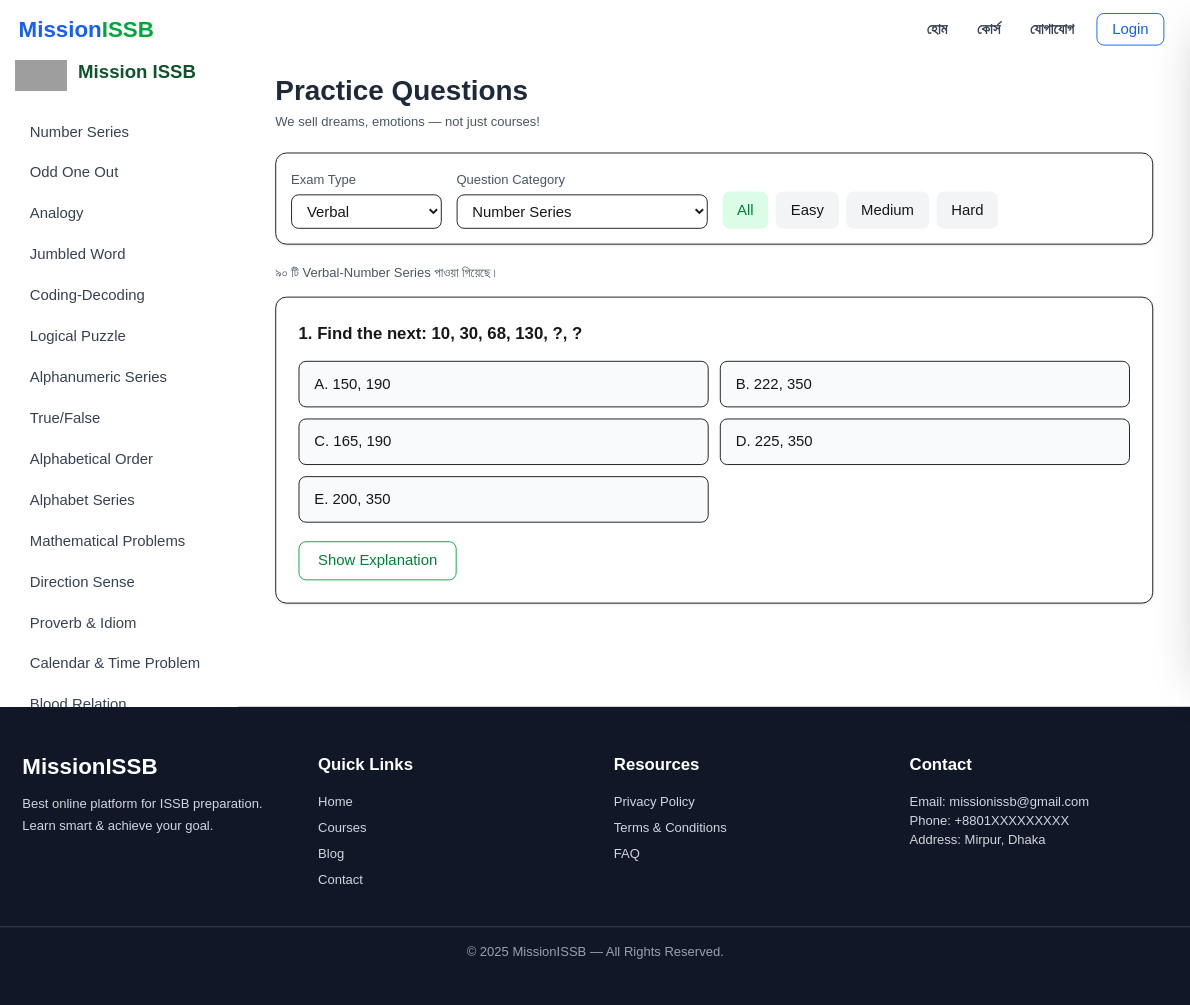
Repository: mdmuhibullahhabib/missionissb
Page: /issb/iq-practice
These files come from the project's save history. The page is drawn as it stood at one moment and after the next save; the edit follows.
The browser window is 1280 px wide. The pictures show the whole page, at 93% of full size.
Pictures or frames that could not be fetched are drawn as grey boxes. The page's requests for data from a server got no answer. The project was rebuilt for these pictures with package versions that can differ from the ones it lists, and the page was loaded fresh each time. The framework's server and built-in components were replaced by stand-ins that run in the browser. No one was signed in, and anything a server would have sent is missing. Also part of the build but not shown: next.config.mjs.

Above is the page before, as saved 2025-12-11 23:46:11.

### app/layout.js
import { Geist, Geist_Mono } from 'next/font/google'
import './globals.css'
import Footer from '@/components/shared/Footer'
import Navbar from '@/components/shared/Navbar'
import NextAuthProvider from './providers/NextAuthProvider'
import LayoutWrapper from '@/components/LayoutWrapper'

const geistSans = Geist({
  variable: '--font-geist-sans',
  subsets: ['latin']
})

const geistMono = Geist_Mono({
  variable: '--font-geist-mono',
  subsets: ['latin']
})

export const metadata = {
  title: 'Mission ISSB',
  description: 'Generated by create next app'
}

export default function RootLayout({ children }) {
  return (
    <html lang='en' suppressHydrationWarning={true}>
      <body
        className={`${geistSans.variable} ${geistMono.variable} antialiased`}
      >
        <NextAuthProvider>

                    <LayoutWrapper>{children}</LayoutWrapper>


          {/* <Navbar />

          {children}

          <Footer /> */}
        </NextAuthProvider>
      </body>
    </html>
  )
}

### app/issb/iq-practice/page.jsx
"use client";

import React from 'react'
import AsideMenu from './components/AsideMenu';
import PracticeQuestions from './components/PracticeQuestions';

const IqPracticePage = () => {
  return (
    <div className='mt-10 flex'>
        <AsideMenu/>
        <PracticeQuestions/>
        </div>
  )
}

export default IqPracticePage

### components/shared/Footer.jsx
"use client";
import Link from "next/link";

export default function Footer() {
  return (
    <footer className="bg-gray-900 text-gray-300 py-12">
      <div className="max-w-7xl mx-auto grid grid-cols-1 md:grid-cols-4 gap-10 px-6">

        {/* Column 1 */}
        <div>
          <h2 className="text-2xl font-bold text-white">MissionISSB</h2>
          <p className="mt-3 text-sm leading-6">
            Best online platform for ISSB preparation.
            Learn smart & achieve your goal.
          </p>
        </div>

        {/* Column 2 */}
        <div>
          <h3 className="text-lg font-semibold text-white mb-4">Quick Links</h3>
          <ul className="space-y-2 text-sm">
            <li><Link href="/" className="hover:text-white">Home</Link></li>
            <li><Link href="/courses" className="hover:text-white">Courses</Link></li>
            <li><Link href="/blog" className="hover:text-white">Blog</Link></li>
            <li><Link href="/contact" className="hover:text-white">Contact</Link></li>
          </ul>
        </div>

        {/* Column 3 */}
        <div>
          <h3 className="text-lg font-semibold text-white mb-4">Resources</h3>
          <ul className="space-y-2 text-sm">
            <li><Link href="/privacy" className="hover:text-white">Privacy Policy</Link></li>
            <li><Link href="/terms" className="hover:text-white">Terms & Conditions</Link></li>
            <li><Link href="/faq" className="hover:text-white">FAQ</Link></li>
          </ul>
        </div>

        {/* Column 4 */}
        <div>
          <h3 className="text-lg font-semibold text-white mb-4">Contact</h3>
          <p className="text-sm">Email: missionissb@gmail.com</p>
          <p className="text-sm">Phone: +8801XXXXXXXXX</p>
          <p className="text-sm">Address: Mirpur, Dhaka</p>
        </div>
      </div>

      <div className="mt-10 border-t border-gray-700 pt-4 text-center text-gray-400 text-sm">
        © {new Date().getFullYear()} MissionISSB — All Rights Reserved.
      </div>
    </footer>
  );
}

### components/shared/Navbar.jsx
"use client";
import { useState, useEffect } from "react";
import Link from "next/link";
import { FiMenu, FiX } from "react-icons/fi";
import { useSession } from "next-auth/react";
import { useRouter } from "next/navigation";
import DrawerMenu from "../user/UserDrawerMenu";


// Fake user data
const fakeUser = {
    name: "Muhibullah Habib",
    email: "muhib@example.com",
    avatar: "https://i.pravatar.cc/100?img=11",
    role: "admin",
};

export default function Navbar() {
    const [open, setOpen] = useState(false);
    const [scroll, setScroll] = useState(false);
    const router = useRouter();
        const [drawerOpen, setDrawerOpen] = useState(false);
    const [userDrawerOpen, setUserDrawerOpen] = useState(false);
    const { data: session, status } = useSession();
    console.log(session)
    console.log(status)

    // Scroll detection for shadow effect
    useEffect(() => {
        const handleScroll = () => {
            setScroll(window.scrollY > 10);
        };
        window.addEventListener("scroll", handleScroll);
        return () => window.removeEventListener("scroll", handleScroll);
    }, []);

    const navLinks = [
        { name: "হোম", href: "/" },
        { name: "কোর্স", href: "/courses" },
        { name: "যোগাযোগ", href: "/contact" },
    ];

    // User icon click
    const handleUserClick = () => {
        if (status == "authenticated") {
            setUserDrawerOpen(true);
        } else {
            router.push("/auth");
        }
    };

    return (
        <>
            <nav
                className={`w-full fixed top-0 z-50 transition-all ${scroll ? "bg-white shadow-md" : "bg-white"
                    }`}
            >
                <div className="max-w-7xl mx-auto px-5 py-3 flex justify-between items-center">

                    {/* Logo */}
                    <Link href="/" className="text-2xl font-bold text-blue-600">
                        Mission<span className="text-green-600">ISSB</span>
                    </Link>


                    {/* Auth Buttons */}
                    <div className="hidden items-center md:flex gap-4">
                        {/* Desktop Menu */}
                        <div className="hidden md:flex gap-8">
                            {navLinks.map((link) => (
                                <Link
                                    key={link.name}
                                    href={link.href}
                                    className="text-gray-700 font-semibold hover:text-blue-600 transition font-medium"
                                >
                                    {link.name}
                                </Link>
                            ))}
                        </div>

                        {/* User Icon */}
                        <button
                            onClick={handleUserClick}
                            className="p-2 rounded-full hover:bg-gray-100 transition duration-150"
                        >
                            {status == "authenticated" ? (
                                <img
                                    src={fakeUser?.avatar}
                                    alt="user"
                                    className="h-8 w-8 rounded-full border"
                                />
                            ) : (
                                <Link
                                    href="/auth"
                                    className="px-4 py-2 border border-blue-600 text-blue-600 rounded-lg hover:bg-blue-600 hover:text-white transition"
                                >
                                    Login
                                </Link>
                            )}
                        </button>
                    </div>

                    {/* Mobile Toggle */}
                    <button onClick={() => setOpen(!open)} className="md:hidden text-3xl">
                        {open ? <FiX /> : <FiMenu />}
                    </button>
                </div>

                {/* Mobile Menu */}
                <div
                    className={`md:hidden bg-white fixed top-[64px] left-0 w-full h-screen transition-all duration-300 ${open ? "translate-y-0 opacity-100" : "-translate-y-5 opacity-0 pointer-events-none"
                        }`}
                >
                    <div className="flex flex-col gap-6 px-6 py-6 text-lg">
                        {navLinks.map((link) => (
                            <Link
                                key={link.name}
                                href={link.href}
                                onClick={() => setOpen(false)}
                                className="text-gray-700 hover:text-blue-600"
                            >
                                {link.name}
                            </Link>
                        ))}

                        <hr />

                        <Link
                            href="/auth/login"
                            onClick={() => setOpen(false)}
                            className="text-blue-600 font-semibold"
                        >
                            Login
                        </Link>
                    </div>
                </div>
            </nav>

            <DrawerMenu
                isOpen={userDrawerOpen}
                onClose={() => setUserDrawerOpen(false)}
                // user={user}
            />
        </>
    );
}

### app/providers/NextAuthProvider.jsx
"use client"
import { SessionProvider } from 'next-auth/react'
import React from 'react'

const NextAuthProvider = ({ children }) => {
    return <SessionProvider>{children}</SessionProvider>
}

export default NextAuthProvider;

### components/LayoutWrapper.jsx
"use client";

import { usePathname } from "next/navigation";
import Navbar from "./shared/Navbar";
import Footer from "./shared/Footer";

export default function LayoutWrapper({ children }) {
  const pathname = usePathname();
  const isAdmin = pathname.startsWith("/admin");
  const isAuth = pathname.startsWith("/auth");

  return (
    <>
      {!isAdmin && !isAuth && <Navbar />}

      <main>{children}</main>

      {!isAdmin && !isAuth && <Footer />}
    </>
  );
}

### app/issb/iq-practice/components/AsideMenu.jsx
"use client";

import Link from "next/link";

export default function AsideMenu() {
    const menu = [
        "Number Series",
        "Odd One Out",
        "Analogy",
        "Jumbled Word",
        "Coding-Decoding",
        "Logical Puzzle",
        "Alphanumeric Series",
        "True/False",
        "Alphabetical Order",
        "Alphabet Series",
        "Mathematical Problems",
        "Direction Sense",
        "Proverb & Idiom",
        "Calendar & Time Problem",
        "Blood Relation",
        "Age Problem",
        "Riddle",
        "General Knowledge",
        "Synonym/Antonym",
        "One-Word Substitution",
        "Ordering & Ranking",
        "Others",
        "Non-Verbal",
        "Raven IQ",
        "Mixed Non Verbal",
        "Completion of Series",
        "Analogy",
        "Classification",
        "Completion of Figures",
        "Paper Folding",
        "Paper Cutting",
        "Mirror Image",
        "Formation of Figures",
        "Embedded Figures",
        "Figure Matrix",
        "Water Image"
    ];

    return (
        <aside className="w-full md:w-64 bg-white border-r h-full md:h-screen p-4 overflow-y-auto sticky top-0">
            {/* Logo */}
            <div className="flex items-center gap-3 mb-6">
                <img src="/logo.png" alt="Mission ISSB" className="w-14" />
                <h2 className="text-xl font-bold text-green-900">Mission ISSB</h2>
            </div>

            {/* Menu */}
            <div className="space-y-1">
                {menu.map((item, idx) => (
                    <Link
                        key={idx}
                        href={`/iq-practice/${item.toLowerCase().replace(/\s+/g, "-")}`}
                        className="block px-4 py-2 rounded-lg text-gray-700 hover:bg-green-100 hover:text-green-700 transition"
                    >
                        {item}
                    </Link>
                ))}
            </div>
        </aside>
    );
}

### app/issb/iq-practice/components/PracticeQuestions.jsx
"use client";

import { useState } from "react";

export default function PracticeQuestions() {
  const [showExplanation, setShowExplanation] = useState(false);

  return (
    <div className="flex-1 p-4 md:p-10">

      {/* Header */}
      <h1 className="text-3xl font-bold text-gray-800">Practice Questions</h1>
      <p className="text-gray-600 mt-1 text-sm">
        We sell dreams, emotions — not just courses!
      </p>

      {/* Filters */}
      <div className="mt-6 bg-white p-4 rounded-xl shadow-sm border flex flex-col md:flex-row gap-4">
        {/* Exam Type */}
        <div>
          <label className="text-gray-600 text-sm">Exam Type</label>
          <select className="mt-1 border px-3 py-2 rounded-lg w-full">
            <option>Verbal</option>
            <option>Verbal</option>
          </select>
        </div>

        {/* Category */}
        <div>
          <label className="text-gray-600 text-sm">Question Category</label>
          <select className="mt-1 border px-3 py-2 rounded-lg w-full">
            <option>Number Series</option>
          </select>
        </div>

        {/* Difficulty */}
        <div className="flex items-end gap-2">
          <button className="px-4 py-2 rounded-lg bg-green-100 text-green-700 font-medium">
            All
          </button>
          <button className="px-4 py-2 rounded-lg bg-gray-100">Easy</button>
          <button className="px-4 py-2 rounded-lg bg-gray-100">Medium</button>
          <button className="px-4 py-2 rounded-lg bg-gray-100">Hard</button>
        </div>
      </div>

      {/* Count */}
      <p className="mt-5 text-gray-600 text-sm">৯০ টি Verbal-Number Series পাওয়া গিয়েছে।</p>

      {/* Question Card */}
      <div className="mt-4 bg-white border p-6 rounded-xl shadow-sm">
        <h3 className="font-semibold text-lg">
          1. Find the next: 10, 30, 68, 130, ?, ?
        </h3>

        {/* Options */}
        <div className="mt-4 grid grid-cols-1 md:grid-cols-2 gap-3">
          {["150, 190", "222, 350", "165, 190", "225, 350", "200, 350"].map(
            (opt, i) => (
              <div
                key={i}
                className={`px-4 py-3 rounded-lg border bg-gray-50 hover:bg-gray-100 cursor-pointer`}
              >
                {String.fromCharCode(65 + i)}. {opt}
              </div>
            )
          )}
        </div>

        {/* Explanation */}
        <button
          onClick={() => setShowExplanation(!showExplanation)}
          className="mt-5 px-5 py-2 border border-green-600 text-green-700 rounded-lg hover:bg-green-50"
        >
          Show Explanation
        </button>

        {showExplanation && (
          <p className="mt-3 text-gray-700">
            Explanation will go here...
          </p>
        )}
      </div>
    </div>
  );
}

### components/user/UserDrawerMenu.jsx
"use client";

import { FiX, FiUser, FiShoppingBag, FiSettings, FiGrid, FiLogOut } from "react-icons/fi";
import { motion, AnimatePresence } from "framer-motion";
import Image from "next/image";
import { useRouter } from "next/navigation";
import { signOut, useSession } from "next-auth/react";
import Link from "next/link";

export default function DrawerMenu({ isOpen, onClose, user = {} }) {
  const router = useRouter();
  const { data: session, status } = useSession();
  console.log(session)

  const handleNavigate = (path) => {
    onClose();
    router.push(path);
  };

  const handleLogout = async () => {
    // You can replace with your logout logic
    console.log("User logged out");
    onClose();
    await signOut();
  };

  const isAdmin = user?.role === "admin";

  return (
    <>
      {/* Overlay */}
      <AnimatePresence>
        {isOpen && (
          <motion.div
            initial={{ opacity: 0 }}
            animate={{ opacity: 1 }}
            exit={{ opacity: 0 }}
            onClick={onClose}
            className="fixed inset-0 bg-black/30 backdrop-blur-sm z-40 cursor-pointer"
          />
        )}
      </AnimatePresence>

      {/* Drawer */}
      <motion.div
        initial={{ x: "100%" }}
        animate={{ x: isOpen ? 0 : "100%" }}
        exit={{ x: "100%" }}
        transition={{ type: "spring", stiffness: 100, damping: 20 }}
        className="fixed top-0 right-0 h-full w-80 sm:w-96 bg-white shadow-2xl z-50 flex flex-col"
      >
        {/* Header */}
        <div className="flex justify-between items-center p-4 border-b">
          <div className="flex items-center gap-3">
            <Image
              src={user?.photo || "https://i.ibb.co/5j9n3yH/default-avatar.png"}
              width={40}
              height={40}
              alt="User avatar"
              className="rounded-full object-cover"
            />
            <div>
              <p className="font-semibold text-gray-800">
                {user?.name || "Guest User"}
              </p>
              <p className="text-xs text-gray-500">
                {isAdmin ? "Administrator" : "Regular User"}
              </p>
            </div>
          </div>
          <button onClick={onClose} className="text-gray-600 hover:text-red-500">
            <FiX className="h-6 w-6" />
          </button>
        </div>

        {/* Menu Items */}
        <div className="flex-1 overflow-y-auto p-5 space-y-4 text-gray-700">
          <button
            onClick={() => handleNavigate("/profile")}
            className="flex items-center gap-3 w-full p-3 rounded-xl hover:bg-gray-100 transition"
          >
            <FiUser className="text-red-500" />
            <span>My Profile</span>
          </button>

          <Link
            href={"/mycourse"}
            // onClick={() => handleNavigate("/mycourse")}
            className="flex items-center gap-3 w-full p-3 rounded-xl hover:bg-gray-100 transition"
          >
            <FiShoppingBag className="text-red-500" />
            <span>My Courses</span>
          </Link>

          <Link
            href={"/admin/dashboard"}
            // onClick={() => handleNavigate("/mycourse")}
            className="flex items-center gap-3 w-full p-3 rounded-xl hover:bg-gray-100 transition"
          >
            <FiShoppingBag className="text-red-500" />
            <span>Admin Dashboard</span>
          </Link>

          {isAdmin && (
            <button
              onClick={() => handleNavigate("/admin/dashboard")}
              className="flex items-center gap-3 w-full p-3 rounded-xl hover:bg-gray-100 transition"
            >
              <FiGrid className="text-red-500" />
              <span>Admin Dashboard</span>
            </button>
          )}
        </div>

        {/* Footer */}
        <div className="border-t p-4">
          <button
            onClick={handleLogout}
            className="flex items-center justify-center gap-2 w-full py-2 bg-red-600 text-white font-medium rounded-xl hover:bg-red-700 transition"
          >
            <FiLogOut />
            Logout
          </button>
        </div>
      </motion.div>
    </>
  );
}

Loaded but not shown: app/globals.css (common file)

After the next save:
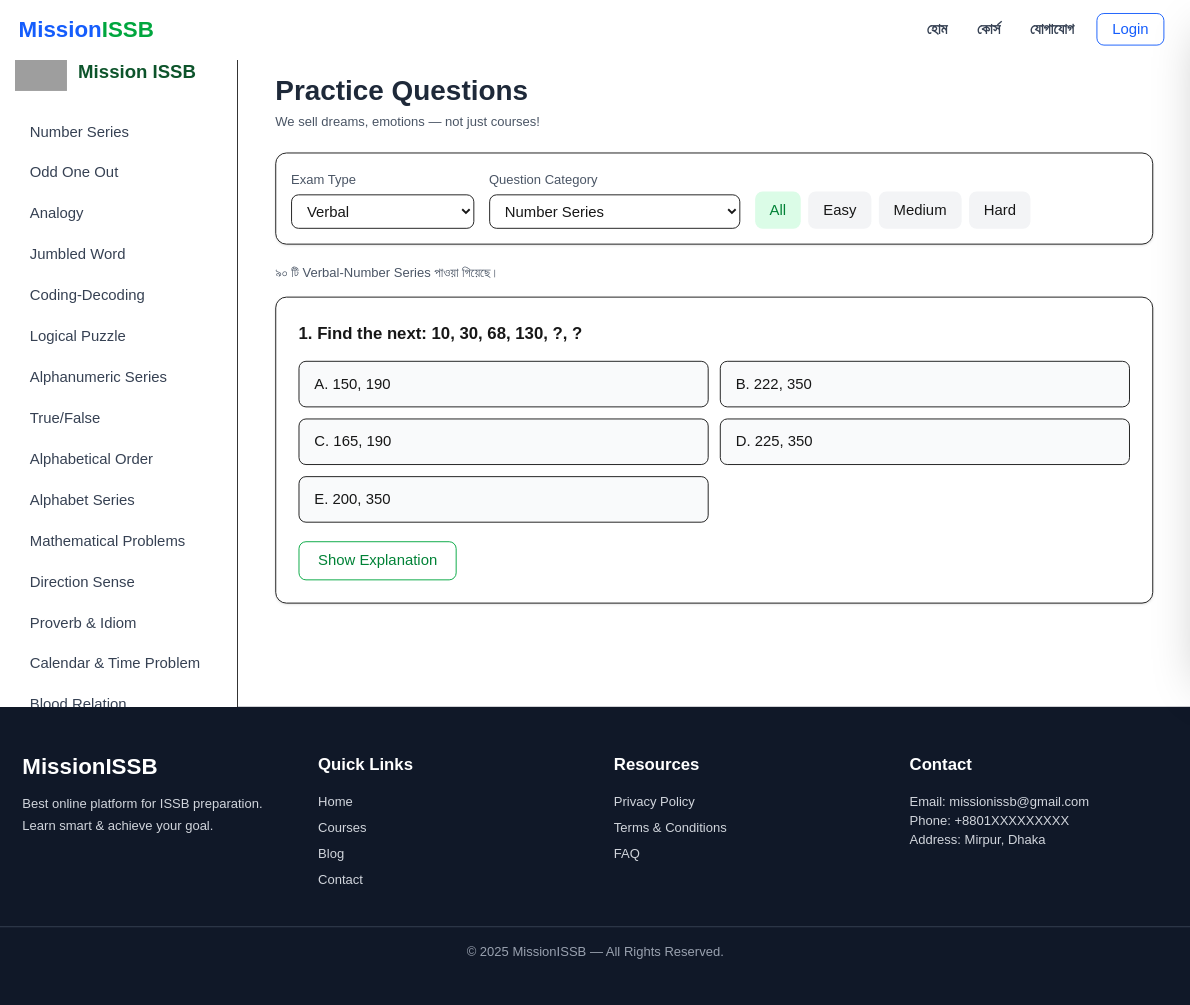
Saved 4 s later.
--- a/app/issb/iq-practice/components/PracticeQuestions.jsx
+++ b/app/issb/iq-practice/components/PracticeQuestions.jsx
@@ -21,7 +21,7 @@ export default function PracticeQuestions() {
           <label className="text-gray-600 text-sm">Exam Type</label>
           <select className="mt-1 border px-3 py-2 rounded-lg w-full">
             <option>Verbal</option>
-            <option>Verbal</option>
+            <option>Non-Verbal</option>
           </select>
         </div>
 
